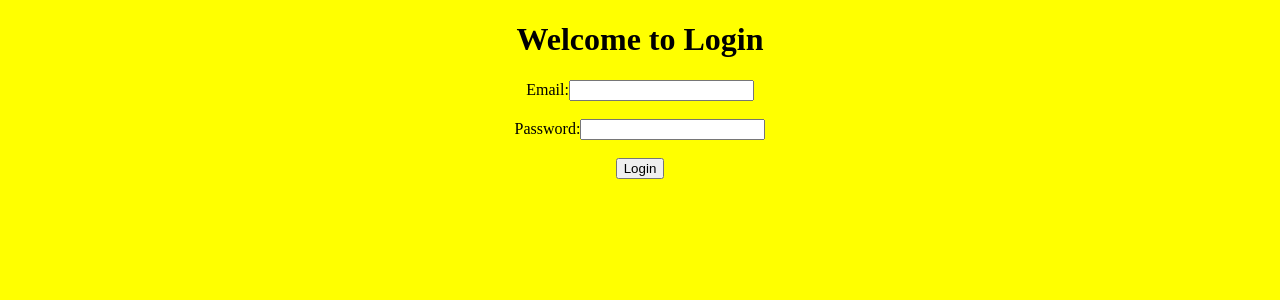
Repository: priyaadya/spring-practice-codes
Page: http://localhost/servletpractice/Login.jsp
An editor plug-in stored every save of this project. The page is shown before and after the next save, followed by the edit.
The browser window is 1280 px wide. The pictures show the whole page.
The page is served by Tomcat 9.

Above is the page before, as saved 2023-05-29 07:34:05.

After the next save:
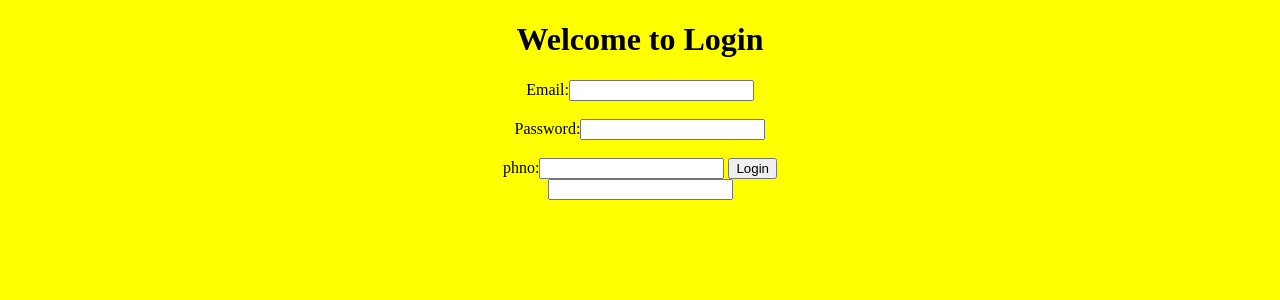
Saved 104 s later.
--- a/servletpractice/src/main/webapp/Login.jsp
+++ b/servletpractice/src/main/webapp/Login.jsp
@@ -11,7 +11,9 @@
 <h1>Welcome to Login</h1>
 Email:<input type="text" name="em"><br><br>
 Password:<input type="text" name="pa"><br><br>
+phno:<input type="text" name="ph">
 <input type="submit" value="Login"><br>
+<input type="text" >
 </form>
 
 </body>
